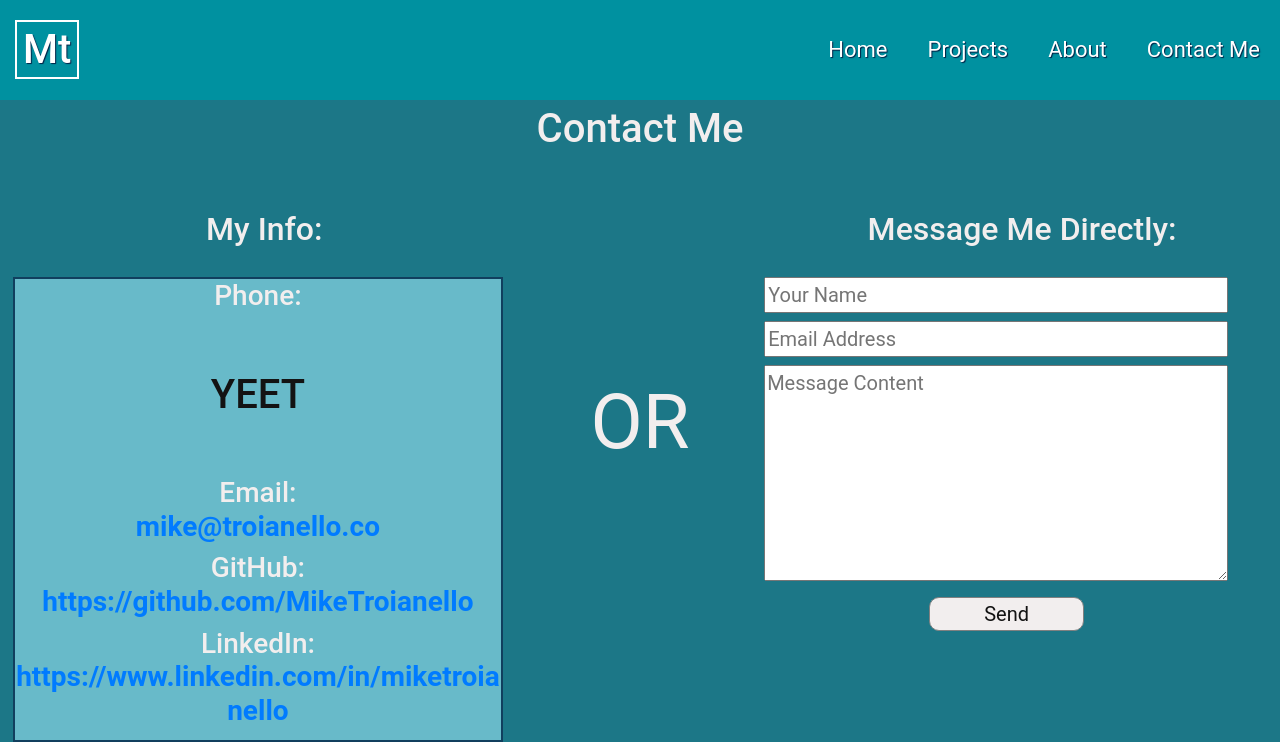
Repository: MikeTroianello/troianello
Page: /contact
These files come from the project's save history. The page is drawn as it stood at one moment and after the next save; the edit follows.
The browser window is 1280 px wide. The pictures show the whole page.
The project was rebuilt for these pictures with package versions that can differ from the ones it lists, and the page was loaded fresh each time. Also part of the build but not shown: src/components/context-sensitive/Greet.js, src/components/locations/Home.js, src/components/locations/About/About.css, src/components/locations/About/AboutMobile.css, src/components/locations/About/About.js, src/components/cards/RainbowDay.js, src/components/cards/CanvasBubbles.js, src/components/cards/projectCard.css and 4 more.

Above is the page before, as saved 2019-08-03 14:26:38.

After the next save:
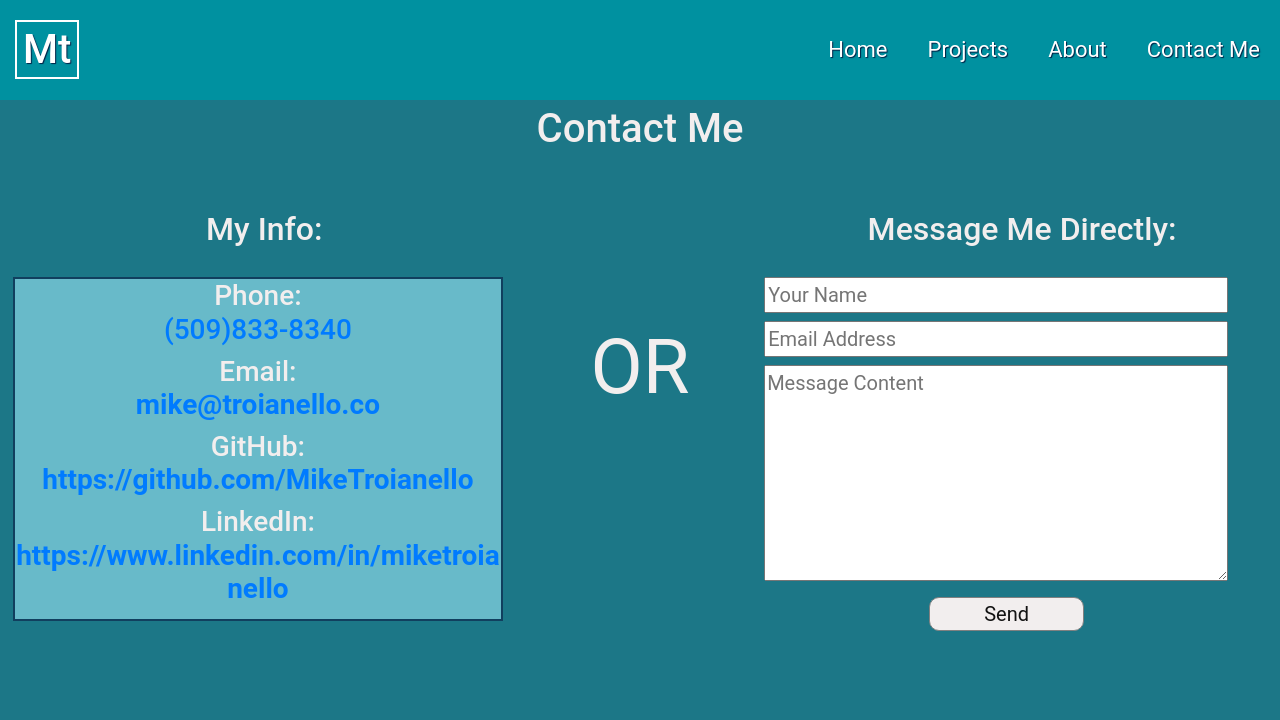
Saved 18 s later.
--- a/src/components/locations/Contact/Contact.js
+++ b/src/components/locations/Contact/Contact.js
@@ -15,9 +15,9 @@ export default function Contact() {
               <br />
               <span className='contact-number'>
                 {window.innerWidth > 425 ? (
+                  <a href='tel:5098338340'>(509)833-8340</a>
+                ) : (
                   <h1>YEET</h1>
-                ) : (
-                  <a href='tel:5098338340'>(509)833-8340</a>
                 )}
               </span>
             </h3>
